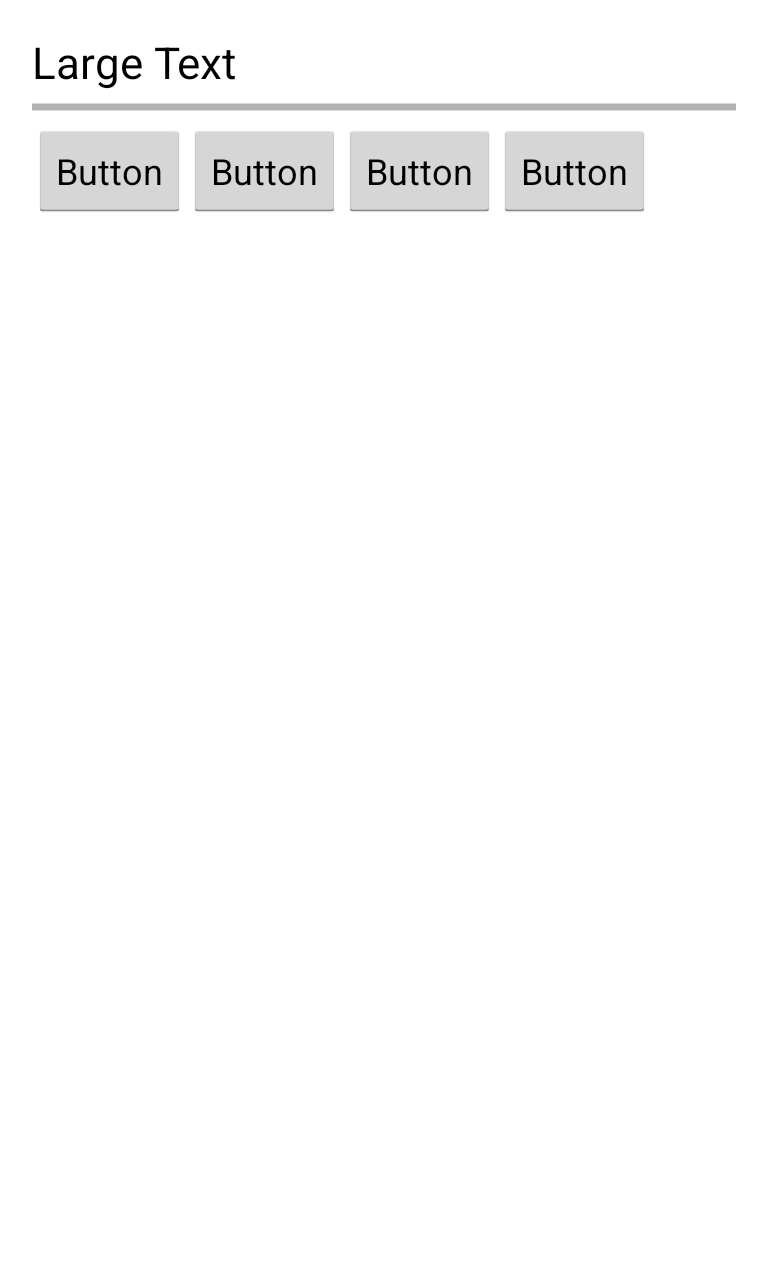
Repository: laurenelder/MDF3
Layout: MiniMediaPlayer/res/layout/activity_main.xml
These files come from the project's save history. The layout is drawn as it stood at one moment and after the next save; the edit follows.
It is drawn on a 768 x 1280 px phone screen (xhdpi) without system bars, with theme AppTheme; the app's code is not run.

Above is the layout before, as saved 2014-09-05 16:47:54.

### MiniMediaPlayer/res/layout/activity_main.xml
<LinearLayout xmlns:android="http://schemas.android.com/apk/res/android"
    xmlns:tools="http://schemas.android.com/tools"
    android:layout_width="match_parent"
    android:layout_height="match_parent"
    android:id="@+id/container"
    android:orientation="vertical"
    android:paddingBottom="@dimen/activity_vertical_margin"
    android:paddingLeft="@dimen/activity_horizontal_margin"
    android:paddingRight="@dimen/activity_horizontal_margin"
    android:paddingTop="@dimen/activity_vertical_margin"
    tools:context="com.example.minimediaplayer.MainActivity" >

    <TextView
        android:id="@+id/songTitle"
        android:layout_width="match_parent"
        android:layout_height="wrap_content"
        android:text="Large Text"
        android:layout_gravity="center"
        android:textAppearance="?android:attr/textAppearanceLarge" />

    <ProgressBar
        android:id="@+id/songProgress"
        style="?android:attr/progressBarStyleHorizontal"
        android:layout_width="match_parent"
        android:layout_height="wrap_content"
        android:layout_gravity="center" />

    <LinearLayout
        android:layout_width="match_parent"
        android:layout_height="wrap_content" >

        <Button
            android:id="@+id/previousBtn"
            android:layout_width="wrap_content"
            android:layout_height="wrap_content"
            android:text="Button" />

        <Button
            android:id="@+id/stopBtn"
            android:layout_width="wrap_content"
            android:layout_height="wrap_content"
            android:text="Button" />

        <Button
            android:id="@+id/playBtn"
            android:layout_width="wrap_content"
            android:layout_height="wrap_content"
            android:text="Button" />

        <Button
            android:id="@+id/nextBtn"
            android:layout_width="wrap_content"
            android:layout_height="wrap_content"
            android:text="Button" />

    </LinearLayout>

</LinearLayout>

### MiniMediaPlayer/res/values/strings.xml
<?xml version="1.0" encoding="utf-8"?>
<resources>

    <string name="app_name">Mini Media Player</string>
    <string name="hello_world">Hello world!</string>
    <string name="action_settings">Settings</string>
    <string name="title">Song Title</string>

</resources>

Loaded but not shown: MiniMediaPlayer/res/values/styles.xml (common file); MiniMediaPlayer/res/values-v11/styles.xml (common file); MiniMediaPlayer/res/values-v14/styles.xml (common file); MiniMediaPlayer/res/values/dimens.xml (common file); MiniMediaPlayer/res/values-w820dp/dimens.xml (common file)

After the next save:
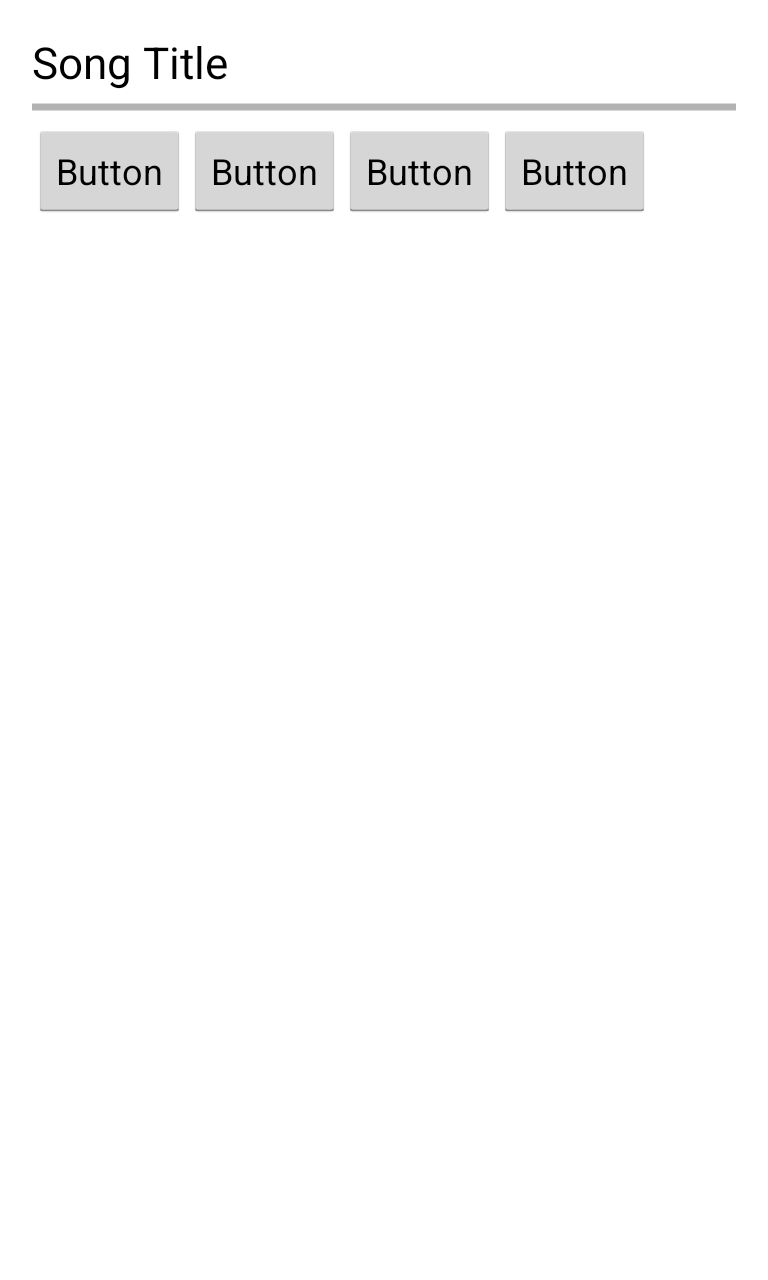
Saved 2 s later.
--- a/MiniMediaPlayer/res/layout/activity_main.xml
+++ b/MiniMediaPlayer/res/layout/activity_main.xml
@@ -14,7 +14,7 @@
         android:id="@+id/songTitle"
         android:layout_width="match_parent"
         android:layout_height="wrap_content"
-        android:text="Large Text"
+        android:text="@string/title"
         android:layout_gravity="center"
         android:textAppearance="?android:attr/textAppearanceLarge" />
 
